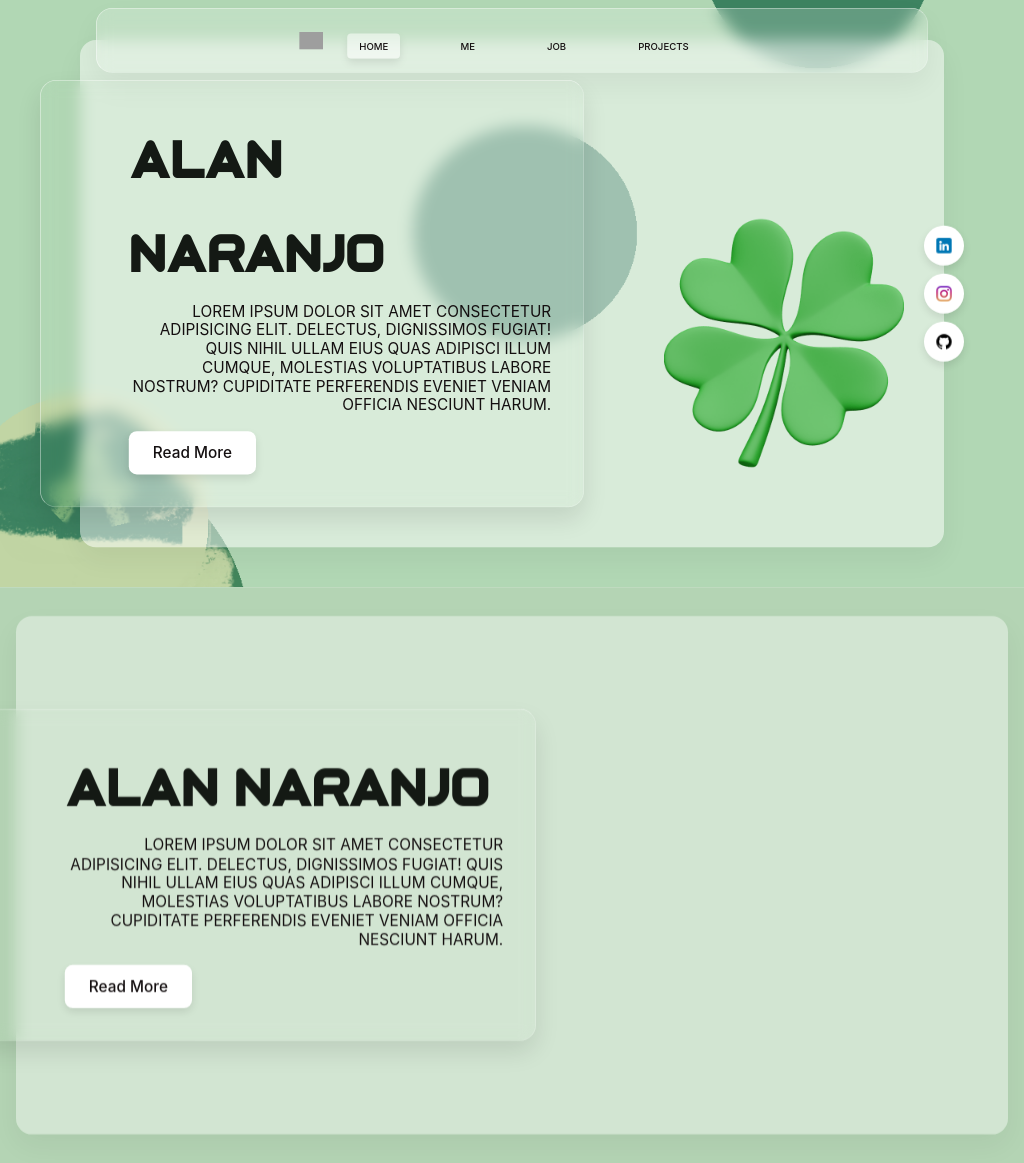
Repository: L-A-M-J-O/Me-sitio-Web
Page: / (app in my-project/)
The author's editor kept a copy of each file at every save. The page is drawn from the files as they stood at one save, then again after the next save.
The browser window is 1280 px wide. The pictures show the whole page, at 80% of full size.
Pictures or frames that could not be fetched are drawn as grey boxes. Backgrounds fixed to the window are drawn as part of the page. The project was rebuilt for these pictures with package versions that can differ from the ones it lists, and the page was loaded fresh each time.

Above is the page before, as saved 2022-09-19 17:13:59.

### my-project/src/App.jsx
import './App.css';
import Me from './components/Me/Me';

import Navbar from './components/Navbar/Navbar'


function App() {
  return (
    <>
      <Navbar/>
      <Me/>
    </>


  );
}

export default App;

### my-project/src/App.css
 * {
    margin: 0;
    padding: 0;
    box-sizing: border-box;
 }

### my-project/src/components/Me/Me.jsx
import React from 'react'

import '../Me/Me.css'

import {Link } from 'react-scroll'

function Me() {
  return (
    <div className='section-me' id='me'>
      <div className='container-m-me'>
        <div className='row justify-content-center'>
          <div className='col-9'>
            <div className='content'>
            <h2>Alan Naranjo</h2>
            <p>Lorem ipsum dolor sit amet consectetur adipisicing elit. Delectus, dignissimos fugiat! Quis nihil ullam eius quas adipisci illum cumque, molestias voluptatibus labore nostrum? Cupiditate perferendis eveniet veniam officia nesciunt harum.</p>
            <Link href='#'>Read More</Link>
          </div>
          </div>
        </div>
      </div>
    </div>
  )
}

export default Me

### my-project/src/components/Navbar/Navbar.jsx
import React from 'react'

import {Link} from 'react-scroll'

import logotipo from '../../assets/img/logotipo.png'
import icon from '../../assets/img/icon.png'
import instagram from '../../assets/img/instagram.png'
import linkedin from '../../assets/img/linkedin.png'
import github from '../../assets/img/github.png'

import '../Navbar/Navbar.css'


function Navbar() {
  return (
    <section id='nav'>
      <div className='container-m'>
        <header>
          <Link to='nav' className='logo'><img src={ icon} alt='icon' width={30}/></Link>
          <ul>
            <li><Link to='nav' className='active'>Home</Link></li>
            <li><Link to='me' href='#' className=''>Me</Link></li>
            <li><Link href='#' className=''>Job</Link></li>
            <li><Link href='#' className=''>Projects</Link></li>
          </ul>
        </header>
        <div className='content'>
          <h2>Alan Naranjo</h2>
          <p>Lorem ipsum dolor sit amet consectetur adipisicing elit. Delectus, dignissimos fugiat! Quis nihil ullam eius quas adipisci illum cumque, molestias voluptatibus labore nostrum? Cupiditate perferendis eveniet veniam officia nesciunt harum.</p>
          <Link href='#'>Read More</Link>
        </div>
        <div className='img-icon'>
          <img src={ logotipo } alt='logotipo'/>
        </div>
        <ul className='sci'>
          <li><Link href='#'><img src={linkedin} alt='linkedin'/></Link></li>
          <li><Link href='#'><img src={instagram} alt='instagram'/></Link></li>
          <li><Link href='#'><img src={github} alt='github'/></Link></li>
        </ul>
      </div>
    </section>
  )
}

export default Navbar

### my-project/src/components/Me/Me.css
.section-me {
    display: flex;
    justify-content: center;
    align-items: center;
    min-height: 100vh;
    background-color: #B4D4B4;
    background-position: center;
    background-attachment: fixed;
    padding: 20px;
}
.container-m-me {
    position: relative;
    width: 100%;
    height: 90vh;
    background-color: rgba(255, 255, 255, 0.4);
    box-shadow:  0 15px 35px rgba(0, 0, 0, 0.05);
    border-radius: 20px;
    display: flex;
    justify-content: space-between;
    align-items: center;
    padding: 50px;
}

### my-project/src/components/Navbar/Navbar.css
@font-face {
    font-family: Osiris;
    src: url(../../assets//img/Osiris.otf);
}

section {
    display: flex;
    justify-content: center;
    align-items: center;
    min-height: 100vh;
    background-image: url(../../assets/img/banner.png);
    background-position: center;
    background-attachment: fixed;
    padding: 50px;
}
.container-m{
    position: relative;
    width: calc(100% - 100px);
    height: 88vh;
    background-color: rgba(255, 255, 255, 0.5);
    box-shadow:  0 15px 35px rgba(0, 0, 0, 0.05);
    border-radius: 20px;
    display: flex;
    justify-content: space-between;
    align-items: center;
    padding: 50px;
}
header {
    position: absolute;
    top: -40px;
    right: 20px;
    left: 20px;
    padding: 20px 50px;
    display: flex;
    justify-content: center;
    align-items: baseline;
    background: rgba(255, 255, 255, 0.2);
    box-shadow:  0 15px 35px rgba(0, 0, 0, 0.05);
    border-radius: 20px;
    backdrop-filter: blur(10px);
    border: 1px solid rgba(255, 255, 255, 0.25);
    border-top: 1px solid rgba(255, 255, 255, 0.5);
    border-left: 1px solid rgba(255, 255, 255, 0.5);
}

header .logo {
    color: #140f10;
    font-weight: 700;
    text-decoration: none;
    font-size: 2rem;
}
header ul {
    display: flex;
}
header ul li {
    list-style: none;
    margin:  0 30px;
}
header ul li a {
    border: var(--default-border-width) solid var(--default-border-color);
    border-radius: var(--default-border-radius);
    text-transform: uppercase;
    font-weight: 500;
    font-size: max(12px,.9375vw);
    padding: 0 1.3333em;
    height: 2.5555em;
    line-height: 1.2222222222;
    transition: background-color .15s ease-in-out;
    -webkit-appearance: none;
    appearance: none;
    text-decoration: none;
    color: #140f10;
    padding: 8px 15px;
    border-radius: 25px;
    cursor: pointer;
}
header ul li a:hover,
header ul li a.active {
    border-radius: 5px;
    background-color: #ffffff81;
    color: #140f10;
    box-shadow: 0 5px 10px rgba(0, 0, 0, 0.1);
}

.content {
    transform: translateX(-100px);
    max-width: 700px;
    box-shadow:  0 15px 30px rgba(0, 0, 0, 0.1);
    border-radius: 20px;
    backdrop-filter: blur(10px);
    border: 1px solid rgba(255, 255, 255, 0.25);
    border-top: 1px solid rgba(255, 255, 255, 0.5);
    border-left: 1px solid rgba(255, 255, 255, 0.5);
    padding: 40px;
    padding-left: 110px;
}
.content h2 {
    font-family: Osiris;
    font-size: 4rem;
    line-height: 1.85;
    text-transform: lowercase;
    margin: 0;
    color: #141914;
}
.content p {
    text-align: end;
    border: var(--default-border-width) solid var(--default-border-color);
    border-radius: var(--default-border-radius);
    text-transform: uppercase;
    font-weight: 400;
    font-size: max(12px,.9375vw);
    line-height: 1.2222222222;
    transition: background-color .15s ease-in-out;
    -webkit-appearance: none;
    appearance: none;
    font-size: 1.2em;
    color: #140f10;
}
.content a {
    display: inline-block;
    padding: 15px 30px;
    background: #fff;
    color: #140f10;
    margin-top: 20px;
    border-radius: 10px;
    font-size: 1.2em;
    font-weight: 500;
    text-decoration: none;
    box-shadow:  0 5px 10px rgba(0, 0, 0, 0.1);
}
.img-icon img {
    max-width: 400px;
    animation: animate 5s linear infinite;
}
@keyframes animate {
    0%,100%{
        transform: translateY(50px);
    }
    50% {
        transform: translateY(100px);
    }
}
.sci {
    position: absolute;
    right: -25px;
    display: flex;
    justify-content: center;
    align-items: center;
    flex-direction: column;
}
.sci li {
    list-style: none;
}
.sci li a {
    text-decoration: none;
    width: 50px;
    height: 50px;
    background: #fff;
    display: flex;
    justify-content: center;
    align-items: center;
    border-radius: 50%;
    margin: 5px 0;
    box-shadow: 0 5px 10px rgba(0, 0, 0, 0.1);
}
.sci li a img {
    transform: scale(0.6);
    transition: 0.5s;
}
sci li:hover a img {
    transform: scale(0.6) rotate(360deg);
}

Loaded but not shown: my-project/src/index.js (common file); my-project/src/index.css (common file); my-project/src/reportWebVitals.js (common file)

After the next save:
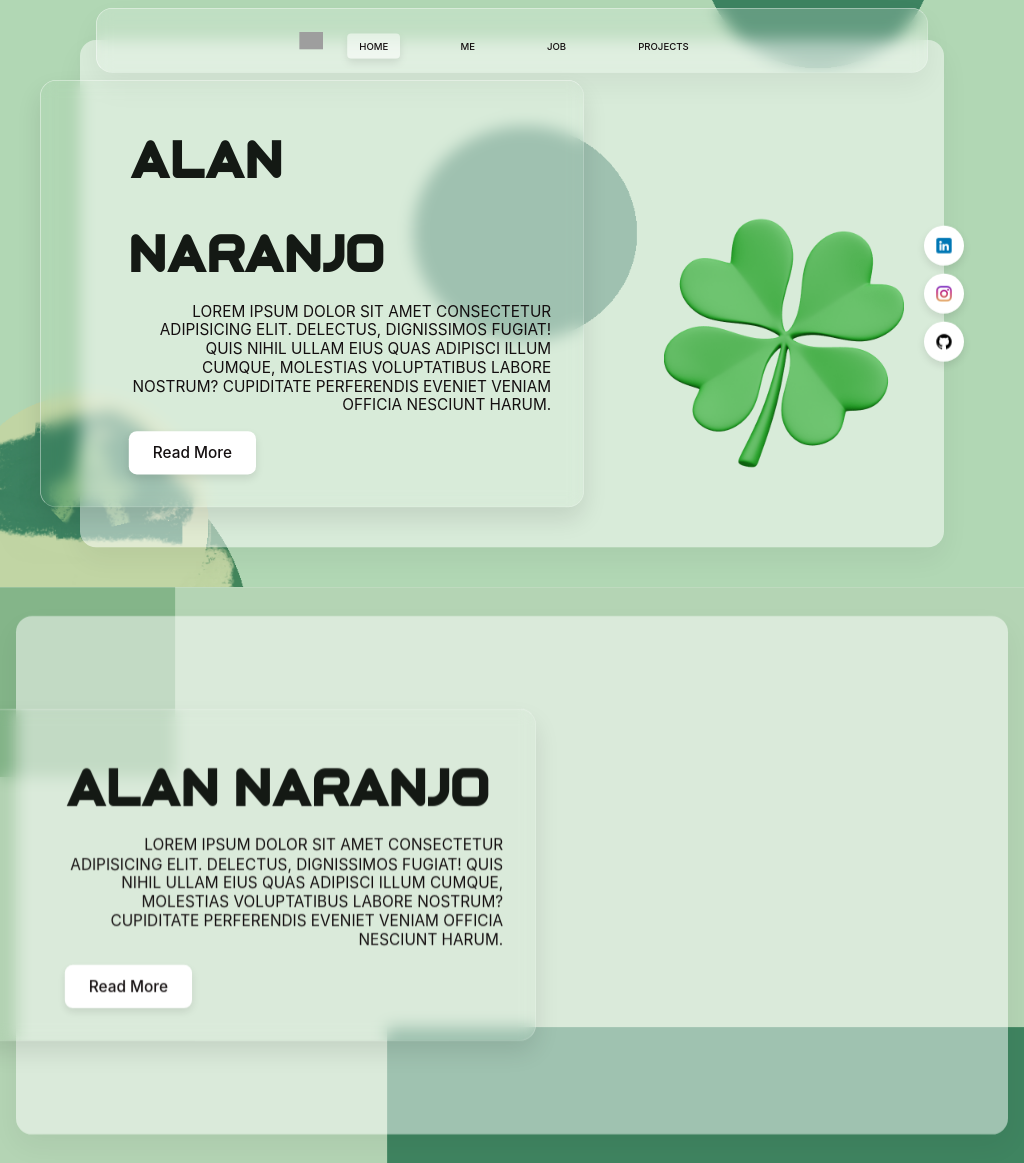
Saved 2 min 19 s later.
--- a/my-project/src/components/Me/Me.css
+++ b/my-project/src/components/Me/Me.css
@@ -3,7 +3,7 @@
     justify-content: center;
     align-items: center;
     min-height: 100vh;
-    background-color: #B4D4B4;
+    background-image: url(../../assets/img/banner1.png);
     background-position: center;
     background-attachment: fixed;
     padding: 20px;
@@ -12,7 +12,7 @@
     position: relative;
     width: 100%;
     height: 90vh;
-    background-color: rgba(255, 255, 255, 0.4);
+    background-color: rgba(255, 255, 255, 0.5);
     box-shadow:  0 15px 35px rgba(0, 0, 0, 0.05);
     border-radius: 20px;
     display: flex;
